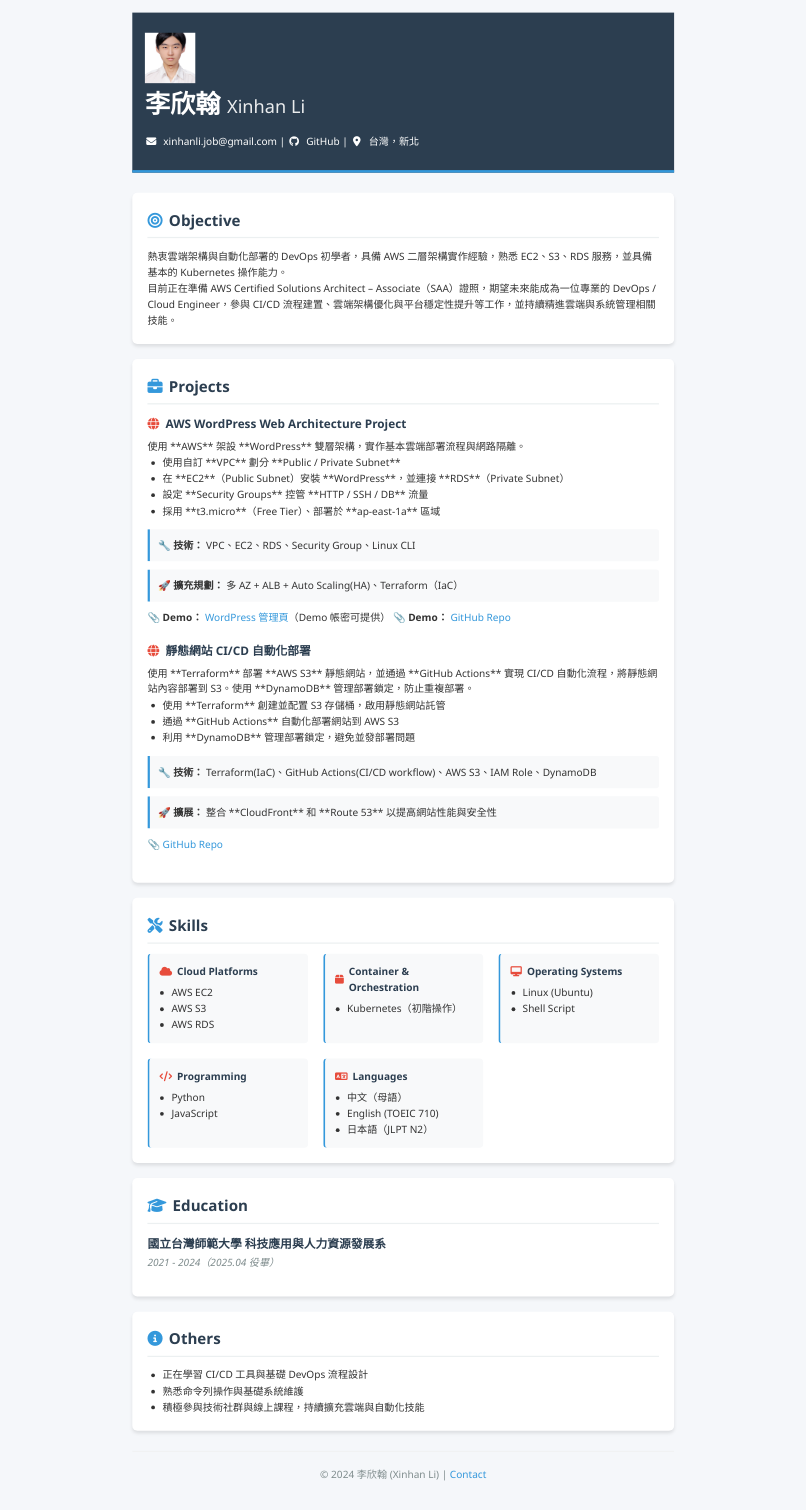
Repository: Graylee0128/aws-tf-ga-personal-website
Page: index.html
The author's editor kept a copy of each file at every save. The page is drawn from the files as they stood at one save, then again after a run of saves.
The browser window is 1280 px wide. The pictures show the whole page, at 63% of full size.

Above is the page before, as saved 2025-04-22 12:26:43.

### index.html
<!DOCTYPE html>
<html lang="zh-TW">
<head>
    <meta charset="UTF-8">
    <meta name="viewport" content="width=device-width, initial-scale=1.0">
    <title>李欣翰 (Xinhan Li) | DevOps & Cloud Engineer</title>
    <link rel="stylesheet" href="/styles/styles.css">
    <link rel="stylesheet" href="https://cdnjs.cloudflare.com/ajax/libs/font-awesome/6.4.0/css/all.min.css">
</head>
<body>
    <div class="container">
        <header>
            <div class="header-content">
                <div class="avatar-container" style="width:80px; height:80px;">
                    <img src="/images/head.JPG" alt="大頭" style="width:100%; height:100%; object-fit:cover;">
                </div>
                <h1>李欣翰 <span class="en-name">Xinhan Li</span></h1>
                <div class="contact-info">
                    <p><i class="fas fa-envelope"></i> <a href="mailto:xinhanli.job@gmail.com">xinhanli.job@gmail.com</a> |
                    <i class="fab fa-github"></i> <a href="https://github.com/yourusername" target="_blank">GitHub</a> |
                    <i class="fas fa-map-marker-alt"></i> 台灣，新北</p>
                </div>
            </div>
        </header>

        <main>
            <section class="card">
                <h2><i class="fas fa-bullseye"></i> Objective</h2>
                <p>熱衷雲端架構與自動化部署的 DevOps 初學者，具備 AWS 二層架構實作經驗，熟悉 EC2、S3、RDS 服務，並具備基本的 Kubernetes 操作能力。</p>
                <p>目前正在準備 AWS Certified Solutions Architect – Associate（SAA）證照，期望未來能成為一位專業的 DevOps / Cloud Engineer，參與 CI/CD 流程建置、雲端架構優化與平台穩定性提升等工作，並持續精進雲端與系統管理相關技能。</p>
            </section>

            <section class="card">
                <h2><i class="fas fa-briefcase"></i> Projects</h2>

                <div class="project">
                    <h3><i class="fas fa-globe"></i> AWS WordPress Web Architecture Project</h3>
                    <p>使用 **AWS** 架設 **WordPress** 雙層架構，實作基本雲端部署流程與網路隔離。</p>
                    <ul>
                        <li>使用自訂 **VPC** 劃分 **Public / Private Subnet**</li>
                        <li>在 **EC2**（Public Subnet）安裝 **WordPress**，並連接 **RDS**（Private Subnet）</li>
                        <li>設定 **Security Groups** 控管 **HTTP / SSH / DB** 流量</li>
                        <li>採用 **t3.micro**（Free Tier）、部署於 **ap-east-1a** 區域</li>
                    </ul>
                    <div class="tech-box">
                        <strong>🔧 技術：</strong> VPC、EC2、RDS、Security Group、Linux CLI
                    </div>
                    <div class="tech-box">
                        <strong>🚀 擴充規劃：</strong> 多 AZ + ALB + Auto Scaling(HA)、Terraform（IaC）
                    </div>
                    <div class="demo-link">
                        <strong>📎 Demo：</strong> <a href="http://18.162.194.92/wp-admin/" target="_blank">WordPress 管理頁</a>（Demo 帳密可提供）
                        <strong>📎 Demo：</strong> <a href="https://github.com/Graylee0128/aws-web-project" target="_blank">GitHub Repo</a>
                    </div>
                </div>

                <div class="project">
                    <h3><i class="fas fa-globe"></i> 靜態網站 CI/CD 自動化部署</h3>
                    <p>使用 **Terraform** 部署 **AWS S3** 靜態網站，並通過 **GitHub Actions** 實現 CI/CD 自動化流程，將靜態網站內容部署到 S3。使用 **DynamoDB** 管理部署鎖定，防止重複部署。</p>
                    <ul>
                        <li>使用 **Terraform** 創建並配置 S3 存儲桶，啟用靜態網站託管</li>
                        <li>通過 **GitHub Actions** 自動化部署網站到 AWS S3</li>
                        <li>利用 **DynamoDB** 管理部署鎖定，避免並發部署問題</li>
                    </ul>
                    <div class="tech-box">
                        <strong>🔧 技術：</strong> Terraform(IaC)、GitHub Actions(CI/CD workflow)、AWS S3、IAM Role、DynamoDB
                    </div>
                    <div class="tech-box">
                        <strong>🚀 擴展：</strong> 整合 **CloudFront** 和 **Route 53** 以提高網站性能與安全性
                    </div>
                    <div class="demo-link">
                        <strong><a href="https://github.com/Graylee0128/aws-tf-ga-personal-website" target="_blank">📎 GitHub Repo</a></strong>
                    </div>
                </div>
            </section>

            <section class="card">
                <h2><i class="fas fa-tools"></i> Skills</h2>
                <div class="skills-container">
                    <div class="skill-category">
                        <h4><i class="fas fa-cloud"></i> Cloud Platforms</h4>
                        <ul>
                            <li>AWS EC2</li>
                            <li>AWS S3</li>
                            <li>AWS RDS</li>
                        </ul>
                    </div>
                    <div class="skill-category">
                        <h4><i class="fas fa-box"></i> Container & Orchestration</h4>
                        <ul>
                            <li>Kubernetes（初階操作）</li>
                        </ul>
                    </div>
                    <div class="skill-category">
                        <h4><i class="fas fa-desktop"></i> Operating Systems</h4>
                        <ul>
                            <li>Linux (Ubuntu)</li>
                            <li>Shell Script</li>
                        </ul>
                    </div>
                    <div class="skill-category">
                        <h4><i class="fas fa-code"></i> Programming</h4>
                        <ul>
                            <li>Python</li>
                            <li>JavaScript</li>
                        </ul>
                    </div>
                    <div class="skill-category">
                        <h4><i class="fas fa-language"></i> Languages</h4>
                        <ul>
                            <li>中文（母語）</li>
                            <li>English (TOEIC 710)</li>
                            <li>日本語（JLPT N2）</li>
                        </ul>
                    </div>
                </div>
            </section>

            <section class="card">
                <h2><i class="fas fa-graduation-cap"></i> Education</h2>
                <div class="education-item">
                    <h3>國立台灣師範大學 科技應用與人力資源發展系</h3>
                    <p class="date">2021 - 2024（2025.04 役畢）</p>
                </div>
            </section>

            <section class="card">
                <h2><i class="fas fa-info-circle"></i> Others</h2>
                <ul class="others-list">
                    <li>正在學習 CI/CD 工具與基礎 DevOps 流程設計</li>
                    <li>熟悉命令列操作與基礎系統維護</li>
                    <li>積極參與技術社群與線上課程，持續擴充雲端與自動化技能</li>
                </ul>
            </section>
        </main>

        <footer>
            <p>© 2024 李欣翰 (Xinhan Li) | <a href="mailto:xinhanli.job@gmail.com">Contact</a></p>
        </footer>
    </div>
</body>
</html>

### styles/styles.css
/* Base Styles */
:root {
    --primary-color: #3498db;
    --secondary-color: #2c3e50;
    --accent-color: #e74c3c;
    --light-color: #ecf0f1;
    --dark-color: #2c3e50;
    --text-color: #333;
    --text-light: #7f8c8d;
    --card-shadow: 0 4px 6px rgba(0, 0, 0, 0.1);
    --transition: all 0.3s ease;
}

* {
    margin: 0;
    padding: 0;
    box-sizing: border-box;
}

body {
    font-family: 'Segoe UI', Tahoma, Geneva, Verdana, sans-serif;
    line-height: 1.6;
    color: var(--text-color);
    background-color: #f5f7fa;
    padding: 0;
    margin: 0;
}

.container {
    max-width: 900px;
    margin: 0 auto;
    padding: 20px;
}

/* Header Styles */
header {
    background-color: var(--secondary-color);
    color: white;
    padding: 2rem 0;
    margin-bottom: 2rem;
    border-bottom: 4px solid var(--primary-color);
}

.header-content {
    max-width: 900px;
    margin: 0 auto;
    padding: 0 20px;
}

h1 {
    font-size: 2.5rem;
    margin-bottom: 0.5rem;
}

.en-name {
    font-weight: normal;
    font-size: 1.8rem;
    opacity: 0.9;
}

.contact-info {
    margin-top: 1rem;
}

.contact-info a {
    color: white;
    text-decoration: none;
    transition: var(--transition);
}

.contact-info a:hover {
    color: var(--primary-color);
}

.contact-info i {
    margin-right: 5px;
    width: 20px;
    text-align: center;
}

/* Card Styles */
.card {
    background: white;
    border-radius: 8px;
    padding: 1.5rem;
    margin-bottom: 1.5rem;
    box-shadow: var(--card-shadow);
    transition: var(--transition);
}

.card:hover {
    transform: translateY(-5px);
    box-shadow: 0 10px 20px rgba(0, 0, 0, 0.1);
}

.card h2 {
    color: var(--secondary-color);
    margin-bottom: 1rem;
    padding-bottom: 0.5rem;
    border-bottom: 2px solid var(--light-color);
    display: flex;
    align-items: center;
}

.card h2 i {
    margin-right: 10px;
    color: var(--primary-color);
}

/* Project Styles */
.project {
    margin-bottom: 1.5rem;
}

.project h3 {
    color: var(--dark-color);
    margin-bottom: 0.5rem;
    display: flex;
    align-items: center;
}

.project h3 i {
    margin-right: 10px;
    color: var(--accent-color);
}

.project ul {
    margin-left: 1.5rem;
    margin-bottom: 1rem;
}

.tech-box {
    background-color: #f8f9fa;
    border-left: 4px solid var(--primary-color);
    padding: 0.8rem;
    margin: 0.8rem 0;
    border-radius: 0 4px 4px 0;
}

.demo-link {
    margin-top: 0.8rem;
}

.demo-link a {
    color: var(--primary-color);
    text-decoration: none;
    font-weight: 500;
}

.demo-link a:hover {
    text-decoration: underline;
}

/* Skills Styles */
.skills-container {
    display: grid;
    grid-template-columns: repeat(auto-fill, minmax(200px, 1fr));
    gap: 1.5rem;
    margin-top: 1rem;
}

.skill-category {
    background-color: #f8f9fa;
    padding: 1rem;
    border-radius: 6px;
    border-left: 3px solid var(--primary-color);
}

.skill-category h4 {
    color: var(--secondary-color);
    margin-bottom: 0.5rem;
    display: flex;
    align-items: center;
}

.skill-category h4 i {
    margin-right: 8px;
    color: var(--accent-color);
}

.skill-category ul {
    margin-left: 1.2rem;
}

/* Education Styles */
.education-item {
    margin-bottom: 1rem;
}

.education-item h3 {
    color: var(--dark-color);
    margin-bottom: 0.2rem;
}

.date {
    color: var(--text-light);
    font-style: italic;
}

/* Others Styles */
.others-list {
    margin-left: 1.5rem;
}

/* Footer Styles */
footer {
    text-align: center;
    padding: 1.5rem 0;
    margin-top: 2rem;
    color: var(--text-light);
    border-top: 1px solid #eee;
}

footer a {
    color: var(--primary-color);
    text-decoration: none;
}

footer a:hover {
    text-decoration: underline;
}

/* Responsive Design */
@media (max-width: 768px) {
    .skills-container {
        grid-template-columns: 1fr;
    }

    h1 {
        font-size: 2rem;
    }

    .en-name {
        font-size: 1.4rem;
    }

    .header-content, .container {
        padding: 0 15px;
    }
}

@media (max-width: 480px) {
    .contact-info p {
        font-size: 0.9rem;
    }
}


.download-btn-container {
    margin-top: 10px;
}

.download-btn {
    background-color: #4CAF50; /* 綠色背景 */
    color: white; /* 白色文字 */
    border: none; /* 去掉邊框 */
    padding: 10px 20px; /* 上下 10px，左右 20px */
    text-align: center; /* 文字居中 */
    text-decoration: none; /* 去掉底線 */
    display: inline-block; /* 使按鈕並排顯示 */
    font-size: 16px; /* 字體大小 */
    cursor: pointer; /* 鼠標為指針狀 */
    border-radius: 5px; /* 圓角 */
    transition: background-color 0.3s ease; /* 滑鼠懸停顏色變換效果 */
}

.download-btn:hover {
    background-color: #45a049; /* 滑鼠懸停時顏色變深 */
}

After the next 2 saves:
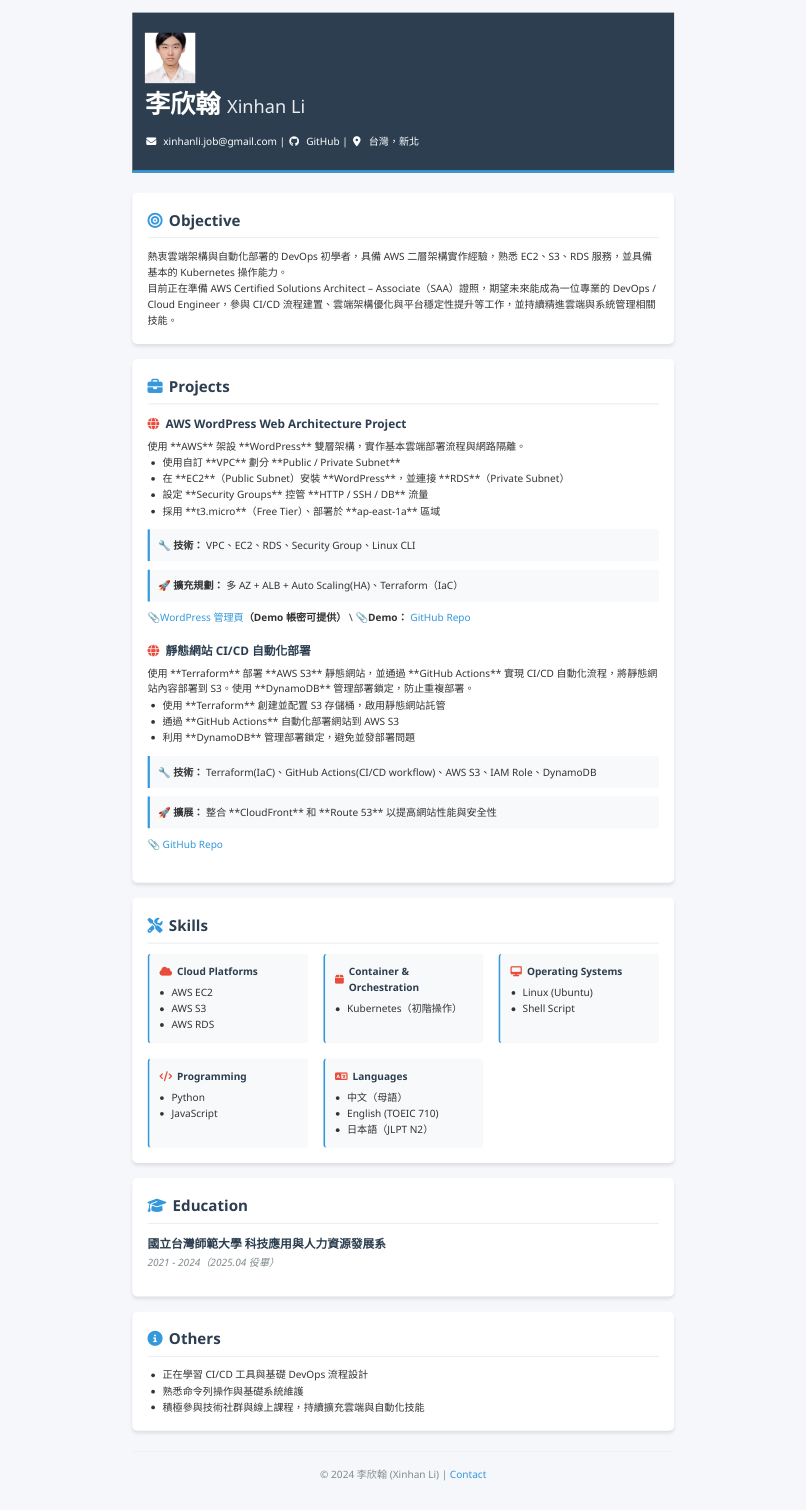
The 2 saves are shown as one change because they came seconds apart.
The last was saved 70 s later.
--- a/index.html
+++ b/index.html
@@ -49,8 +49,8 @@
                         <strong>🚀 擴充規劃：</strong> 多 AZ + ALB + Auto Scaling(HA)、Terraform（IaC）
                     </div>
                     <div class="demo-link">
-                        <strong>📎 Demo：</strong> <a href="http://18.162.194.92/wp-admin/" target="_blank">WordPress 管理頁</a>（Demo 帳密可提供）
-                        <strong>📎 Demo：</strong> <a href="https://github.com/Graylee0128/aws-web-project" target="_blank">GitHub Repo</a>
+                        <strong>📎<a href="http://18.162.194.92/wp-admin/" target="_blank">WordPress 管理頁</a>（Demo 帳密可提供）</strong>
+             \           <strong>📎Demo：</strong> <a href="https://github.com/Graylee0128/aws-web-project" target="_blank">GitHub Repo</a>
                     </div>
                 </div>
 
